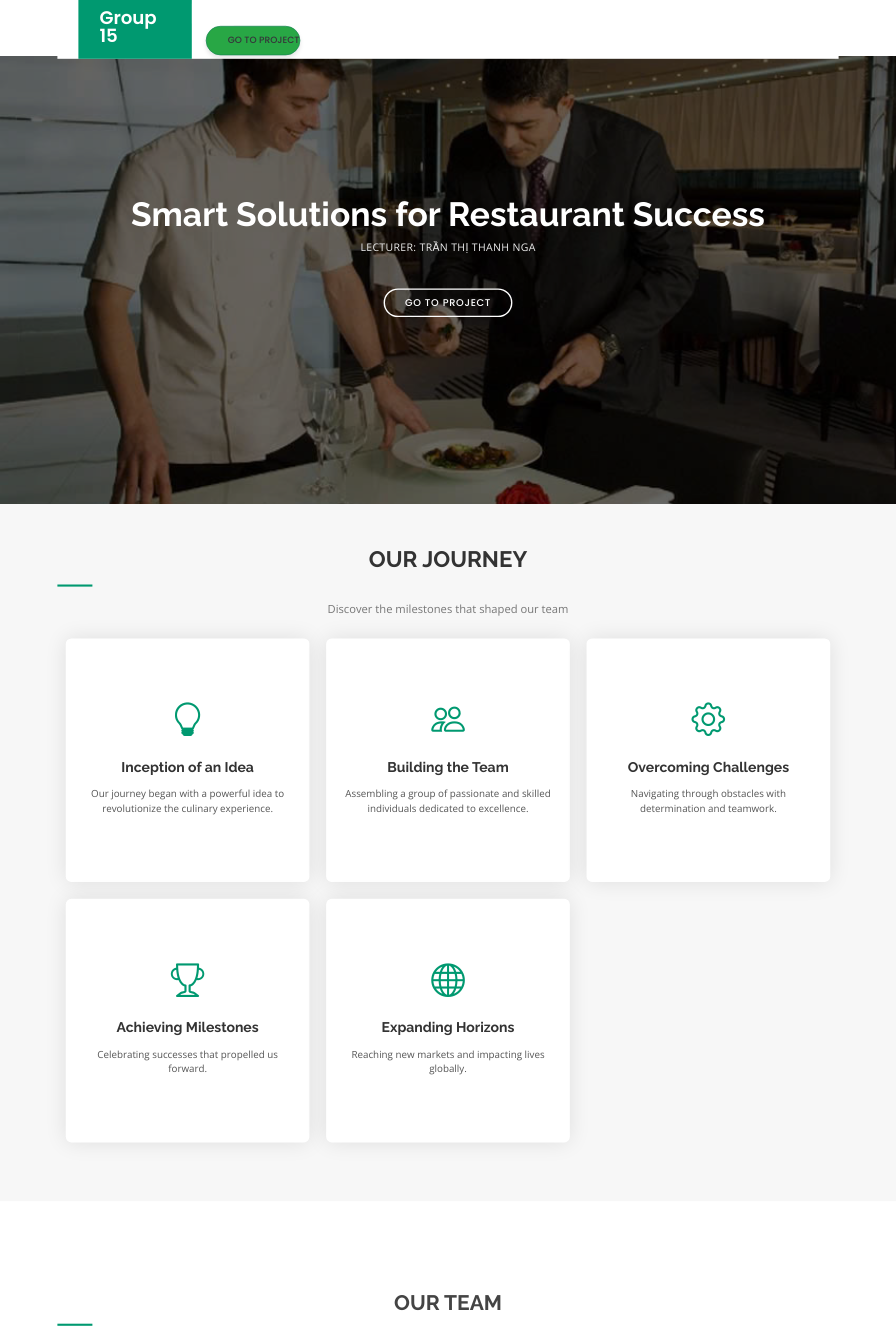
Repository: HoangKhangKhuPho4/Group_Web
Page: index.html
These files come from the project's save history. The page is drawn as it stood at one moment and after the next save; the edit follows.
The browser window is 1280 px wide. The pictures show the part of the page from y = 0 to 1920 px (the page is 2787 px tall), at 70% of full size.
Backgrounds fixed to the window are drawn as part of the page.

Above is the page before, as saved 2024-12-06 15:12:51.

After the next save:
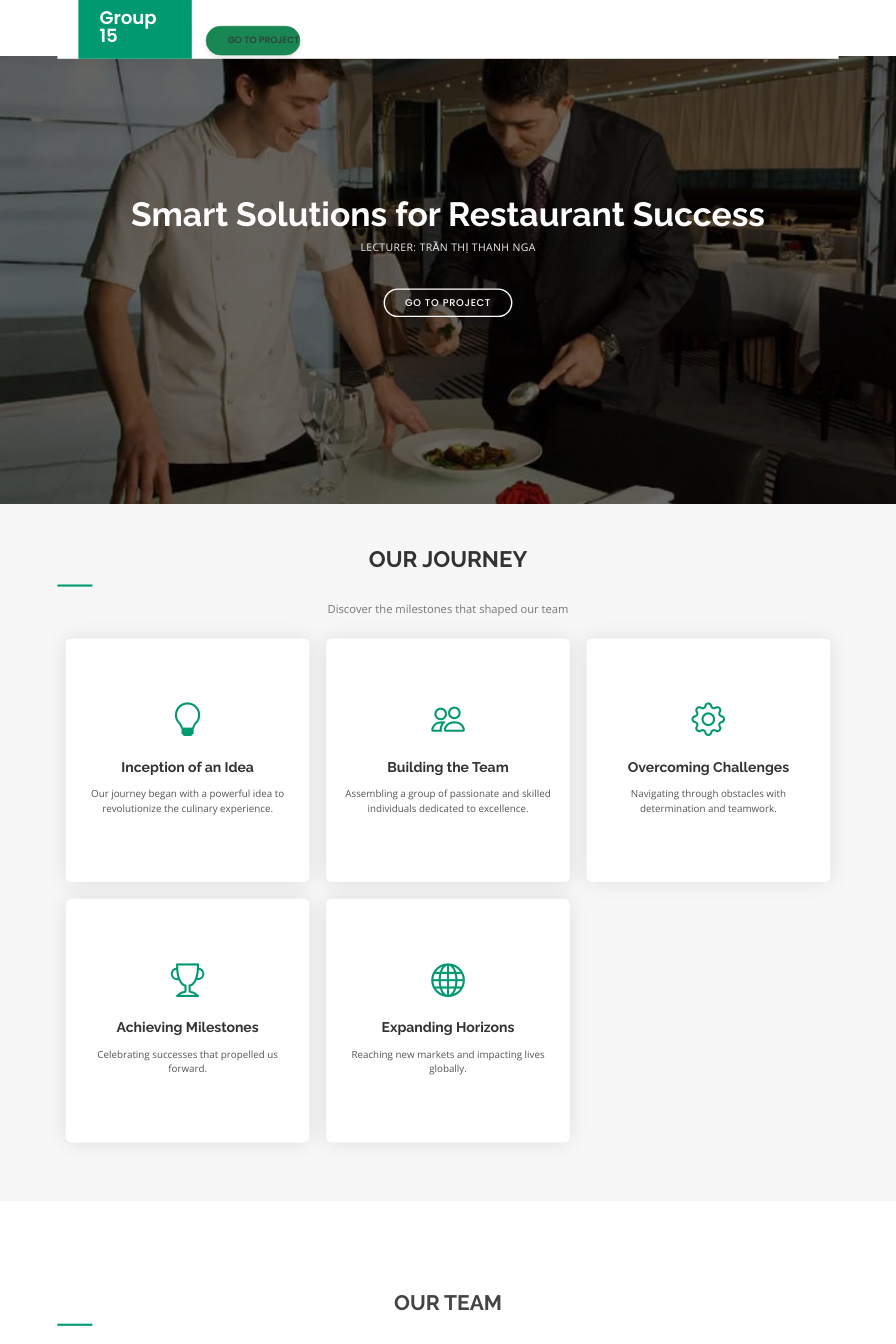
Saved 18 s later.
--- a/index.html
+++ b/index.html
@@ -66,24 +66,30 @@
     <style>
 /* Định dạng nút "Go To Project" */
 .btn-success {
-  background-color: #28a745; /* Màu xanh lá cây của Bootstrap */
-  color: #fff;
-  padding: 10px 20px;
+  padding: 10px 20px; /* Kích thước padding */
   border-radius: 25px; /* Bo tròn góc nút */
-  text-decoration: none;
-  font-weight: bold;
+  font-weight: bold; /* Đậm chữ */
   margin-left: 20px; /* Khoảng cách từ các liên kết navigation */
-  transition: background-color 0.3s ease, transform 0.3s ease;
-  box-shadow: 0 4px 6px rgba(0, 0, 0, 0.1);
-  display: inline-block;
+  transition: background-color 0.3s ease, transform 0.3s ease; /* Hiệu ứng chuyển đổi */
+  box-shadow: 0 4px 6px rgba(0, 0, 0, 0.1); /* Bóng đổ nhẹ */
+  display: inline-flex; /* Sử dụng flex để căn giữa nội dung */
+  align-items: center; /* Căn giữa theo chiều dọc */
+  justify-content: center; /* Căn giữa theo chiều ngang */
 }
 
 .btn-success:hover {
   background-color: #218838; /* Màu xanh lá cây đậm hơn khi hover */
-  color: #fff;
+  color: #fff; /* Đảm bảo chữ vẫn trắng */
   transform: translateY(-2px); /* Hiệu ứng nâng nút lên khi hover */
-  text-decoration: none;
-}
+  text-decoration: none; /* Loại bỏ gạch chân khi hover */
+}
+
+/* Định dạng icon trong nút nếu bạn thêm icon */
+.btn-success i {
+  margin-right: 8px; /* Khoảng cách giữa icon và chữ */
+  font-size: 16px; /* Kích thước icon */
+}
+
 
 /* Đảm bảo nút không bị ảnh hưởng bởi flex của navbar */
 .navbar {

After the 3 saves that followed:
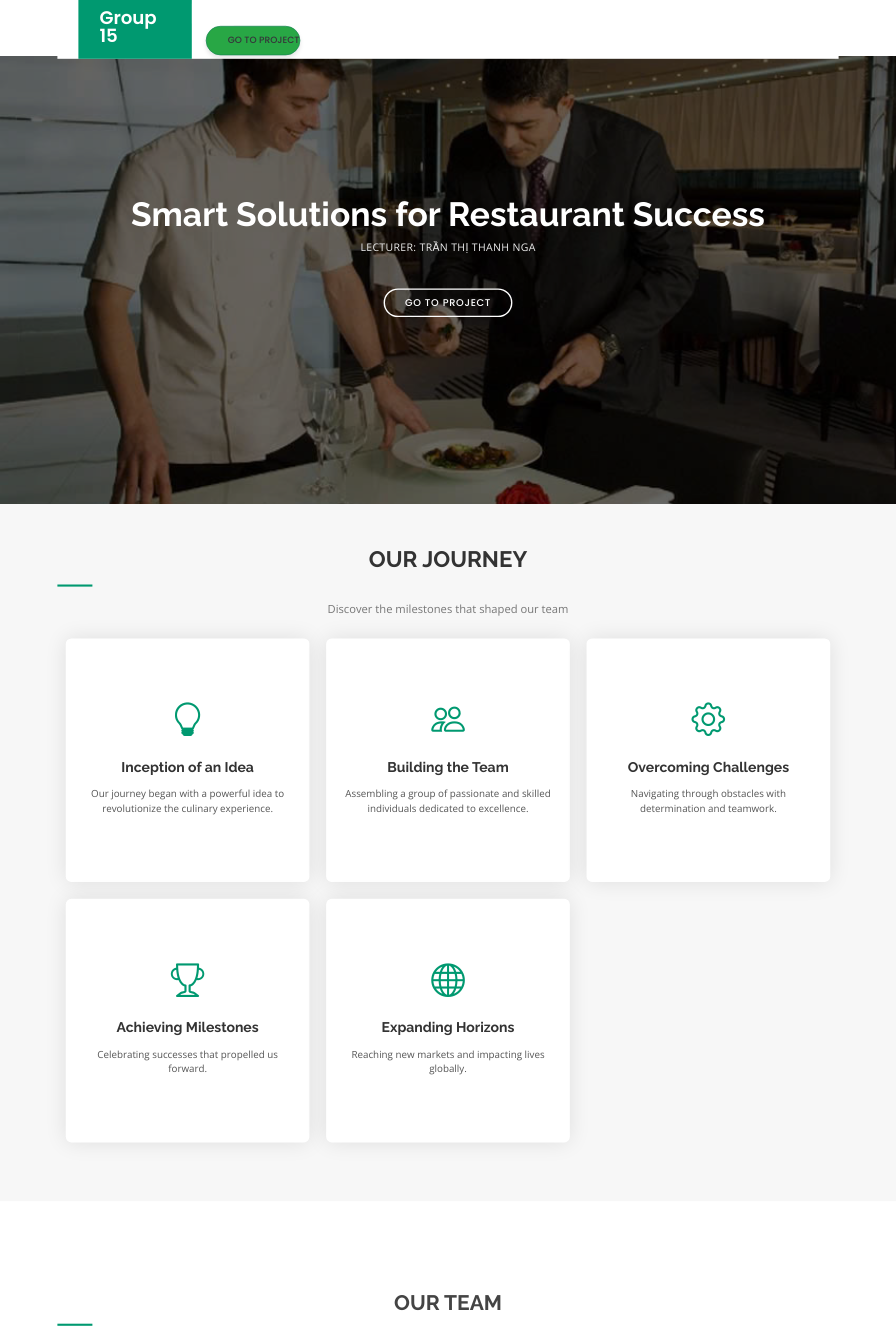
The 3 saves are shown as one change because 2 left the picture as it was.
The last was saved 2 min 34 s later.
--- a/index.html
+++ b/index.html
@@ -66,30 +66,24 @@
     <style>
 /* Định dạng nút "Go To Project" */
 .btn-success {
-  padding: 10px 20px; /* Kích thước padding */
+  background-color: #28a745; /* Màu xanh lá cây của Bootstrap */
+  color: #fff;
+  padding: 10px 20px;
   border-radius: 25px; /* Bo tròn góc nút */
-  font-weight: bold; /* Đậm chữ */
+  text-decoration: none;
+  font-weight: bold;
   margin-left: 20px; /* Khoảng cách từ các liên kết navigation */
-  transition: background-color 0.3s ease, transform 0.3s ease; /* Hiệu ứng chuyển đổi */
-  box-shadow: 0 4px 6px rgba(0, 0, 0, 0.1); /* Bóng đổ nhẹ */
-  display: inline-flex; /* Sử dụng flex để căn giữa nội dung */
-  align-items: center; /* Căn giữa theo chiều dọc */
-  justify-content: center; /* Căn giữa theo chiều ngang */
+  transition: background-color 0.3s ease, transform 0.3s ease;
+  box-shadow: 0 4px 6px rgba(0, 0, 0, 0.1);
+  display: inline-block;
 }
 
 .btn-success:hover {
   background-color: #218838; /* Màu xanh lá cây đậm hơn khi hover */
-  color: #fff; /* Đảm bảo chữ vẫn trắng */
+  color: #fff;
   transform: translateY(-2px); /* Hiệu ứng nâng nút lên khi hover */
-  text-decoration: none; /* Loại bỏ gạch chân khi hover */
-}
-
-/* Định dạng icon trong nút nếu bạn thêm icon */
-.btn-success i {
-  margin-right: 8px; /* Khoảng cách giữa icon và chữ */
-  font-size: 16px; /* Kích thước icon */
-}
-
+  text-decoration: none;
+}
 
 /* Đảm bảo nút không bị ảnh hưởng bởi flex của navbar */
 .navbar {
